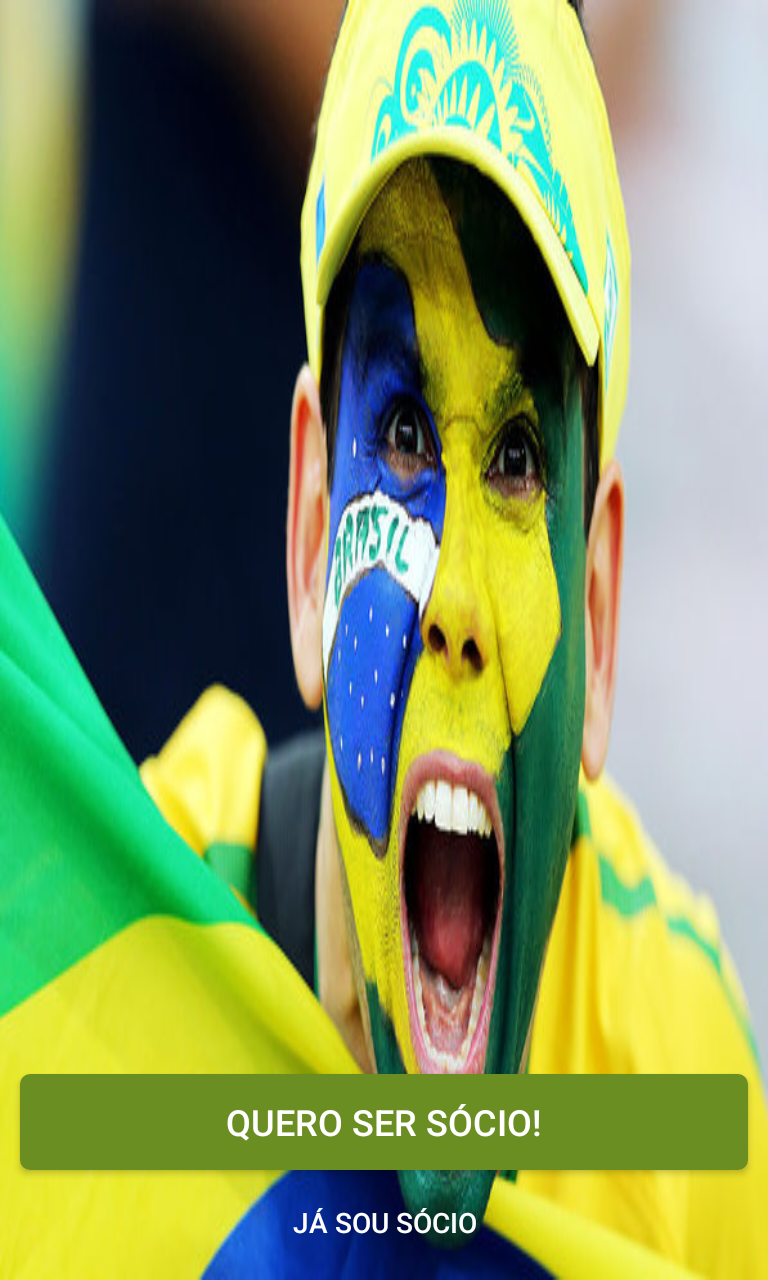
Repository: wellingtondessuy/AppLearning
Layout: HappyApp/res/layout/activity_main.xml
An editor plug-in stored every save of this project. The layout is shown before and after the next save, followed by the edit.
It is drawn on a 768 x 1280 px phone screen (xhdpi) without system bars, with theme AppTheme; the app's code is not run. Lists and similar views that code fills are empty.

Above is the layout before, as saved 2015-05-22 14:39:33.

After the next save:
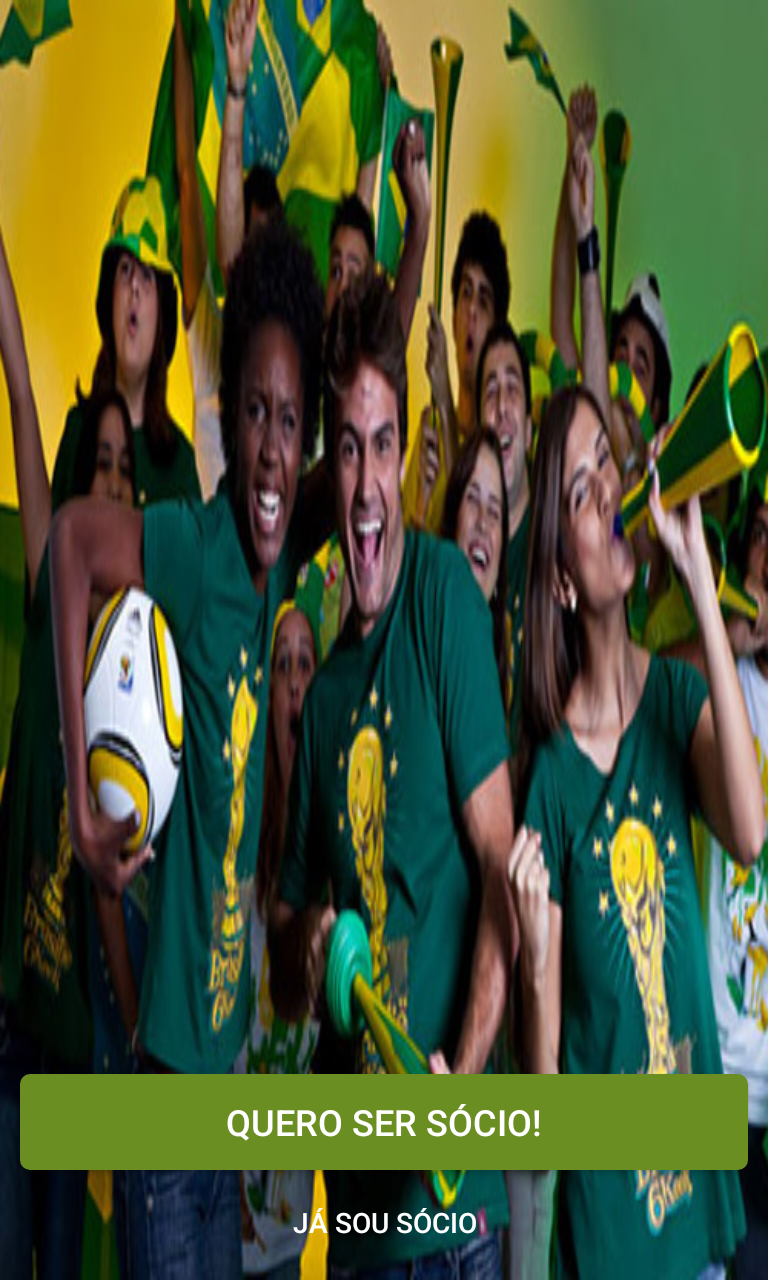
Saved 10 s later.
--- a/HappyApp/res/layout/activity_main.xml
+++ b/HappyApp/res/layout/activity_main.xml
@@ -3,7 +3,7 @@
     android:layout_gravity="top"
     android:layout_width="match_parent"
     android:layout_height="wrap_content"
-    android:background="@drawable/back_1"
+    android:background="@drawable/back_3"
     tools:context="com.example.themetest.MainActivity" >
 
     	<android.support.v4.view.ViewPager xmlns:android="http://schemas.android.com/apk/res/android"

After the 2 saves that followed:
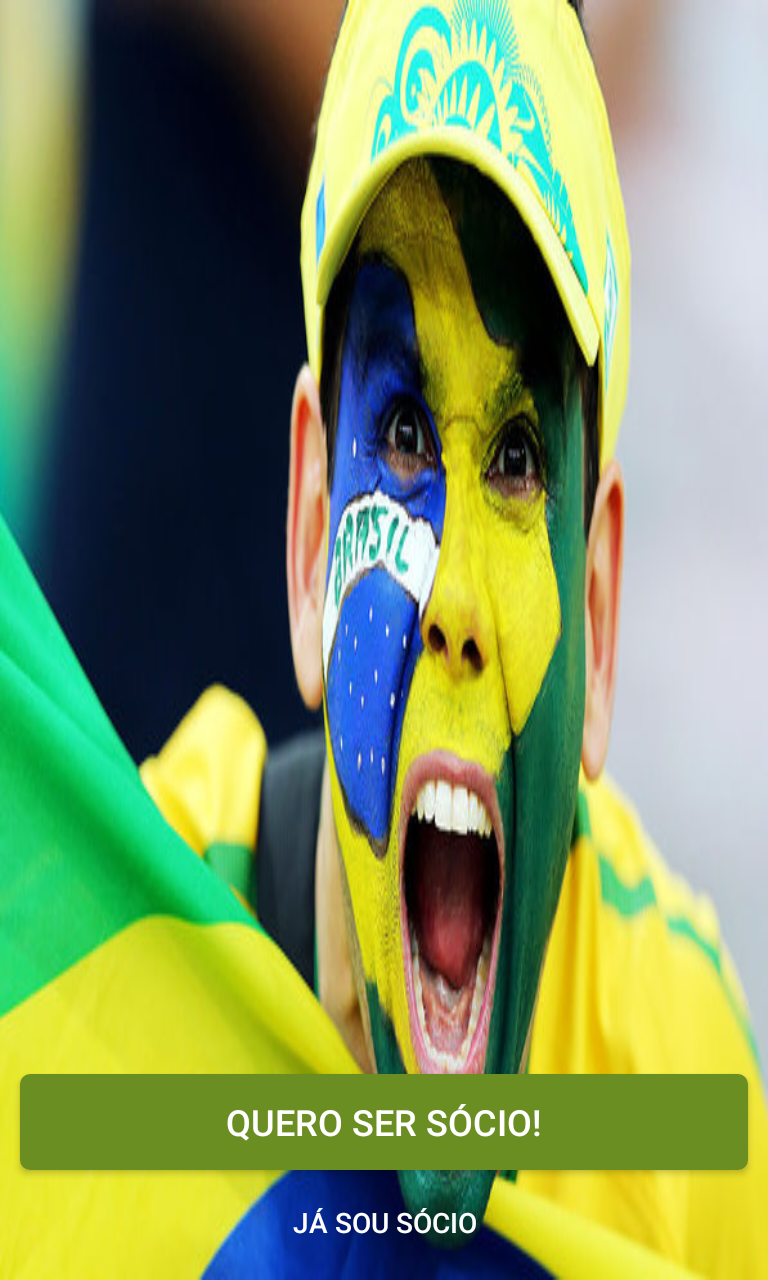
The 2 saves are shown as one change because 1 left the picture as it was.
The last was saved 29 s later.
--- a/HappyApp/res/layout/activity_main.xml
+++ b/HappyApp/res/layout/activity_main.xml
@@ -1,9 +1,9 @@
 <RelativeLayout xmlns:android="http://schemas.android.com/apk/res/android"
     xmlns:tools="http://schemas.android.com/tools"
     android:layout_gravity="top"
-    android:layout_width="match_parent"
+    android:layout_width="fill_parent"
     android:layout_height="wrap_content"
-    android:background="@drawable/back_3"
+    android:background="@drawable/back_1"
     tools:context="com.example.themetest.MainActivity" >
 
     	<android.support.v4.view.ViewPager xmlns:android="http://schemas.android.com/apk/res/android"
